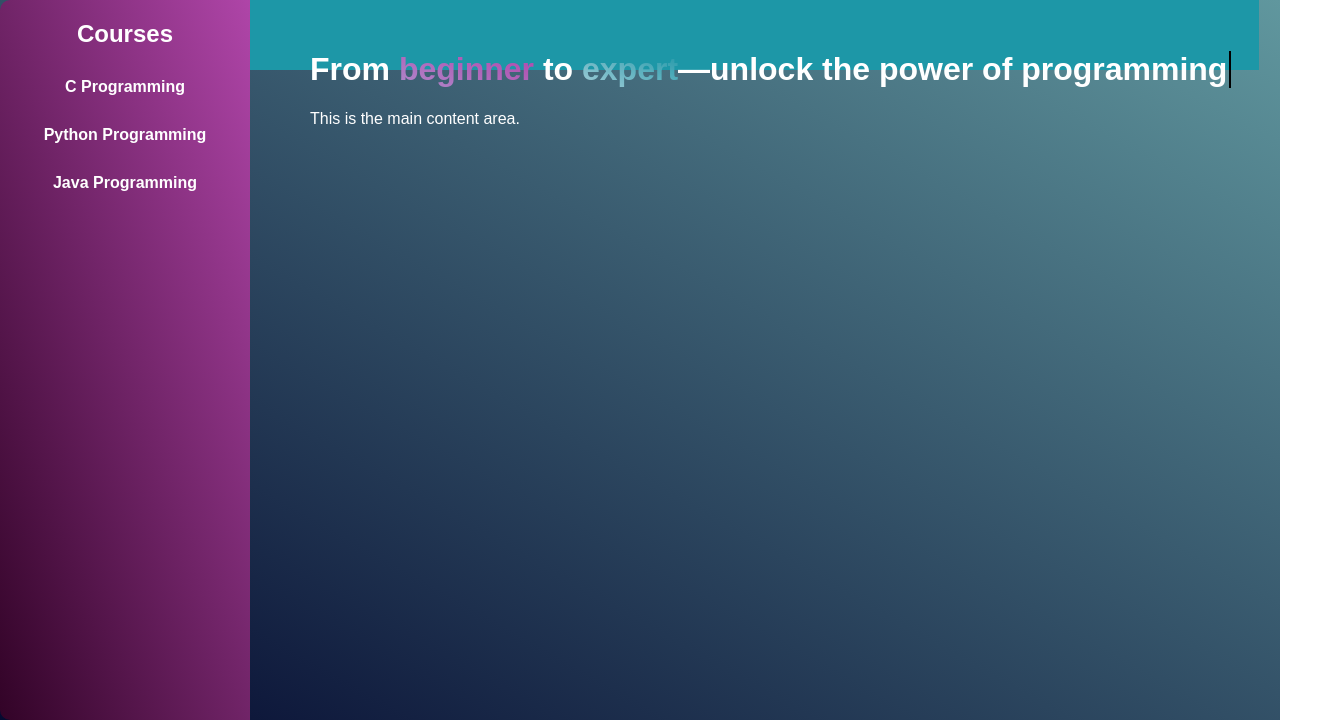
Repository: RishitSharma88/SeaGro
Page: templates/learningcourses.html
These files come from the project's save history. The page is drawn as it stood at one moment and after the next save; the edit follows.
The browser window is 1280 px wide. The page is 1280 px wide, then 1329 px, so the pictures cover 1329 px, including what lies to the right of the window. The pictures show the whole page.
The template is drawn by Flask 3. The application's start-up code is not run. The template is opened directly, without the code that normally fills it, so the values that code supplies are empty.

Above is the page before, as saved 2024-12-28 15:30:56.

After the next save:
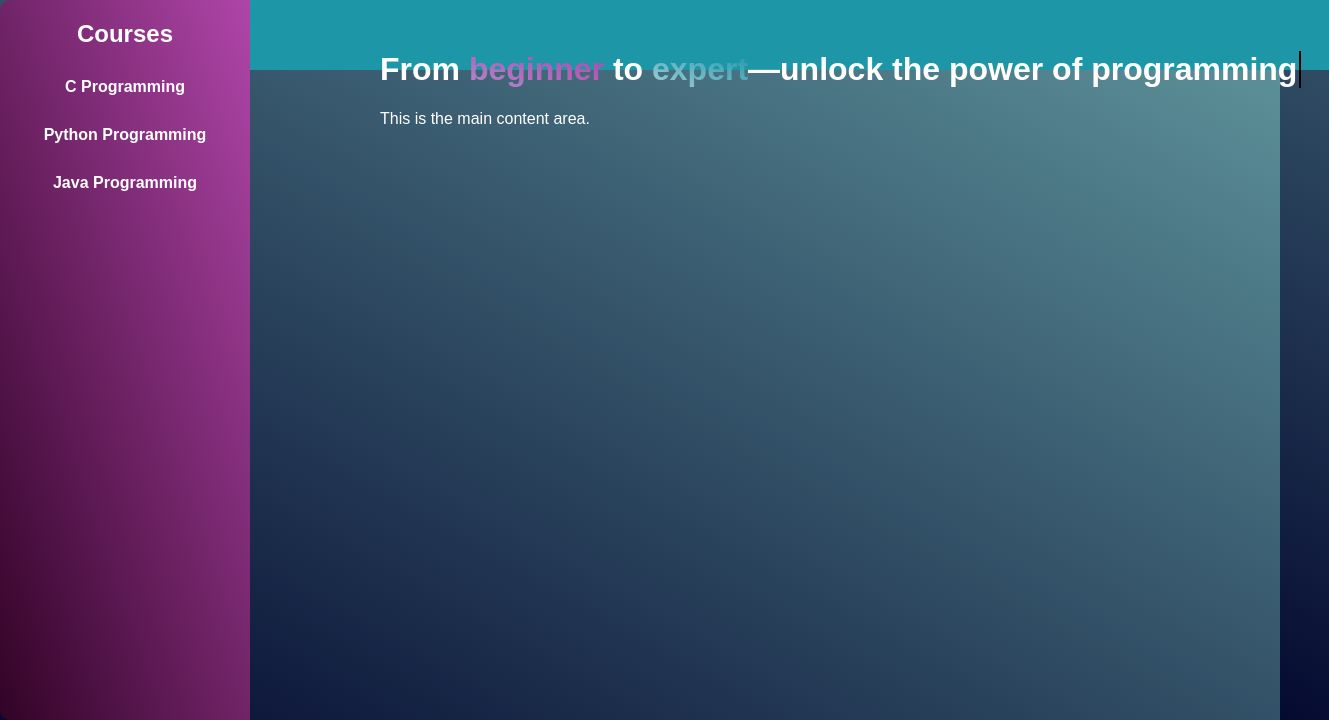
Saved 12 s later.
--- a/templates/learningcourses.html
+++ b/templates/learningcourses.html
@@ -103,7 +103,7 @@
             max-width: fit-content;
             padding: 10px;
             display: flex;
-            margin-left: 30px;
+            margin-left: 100px;
             height:50px;
         }
 
